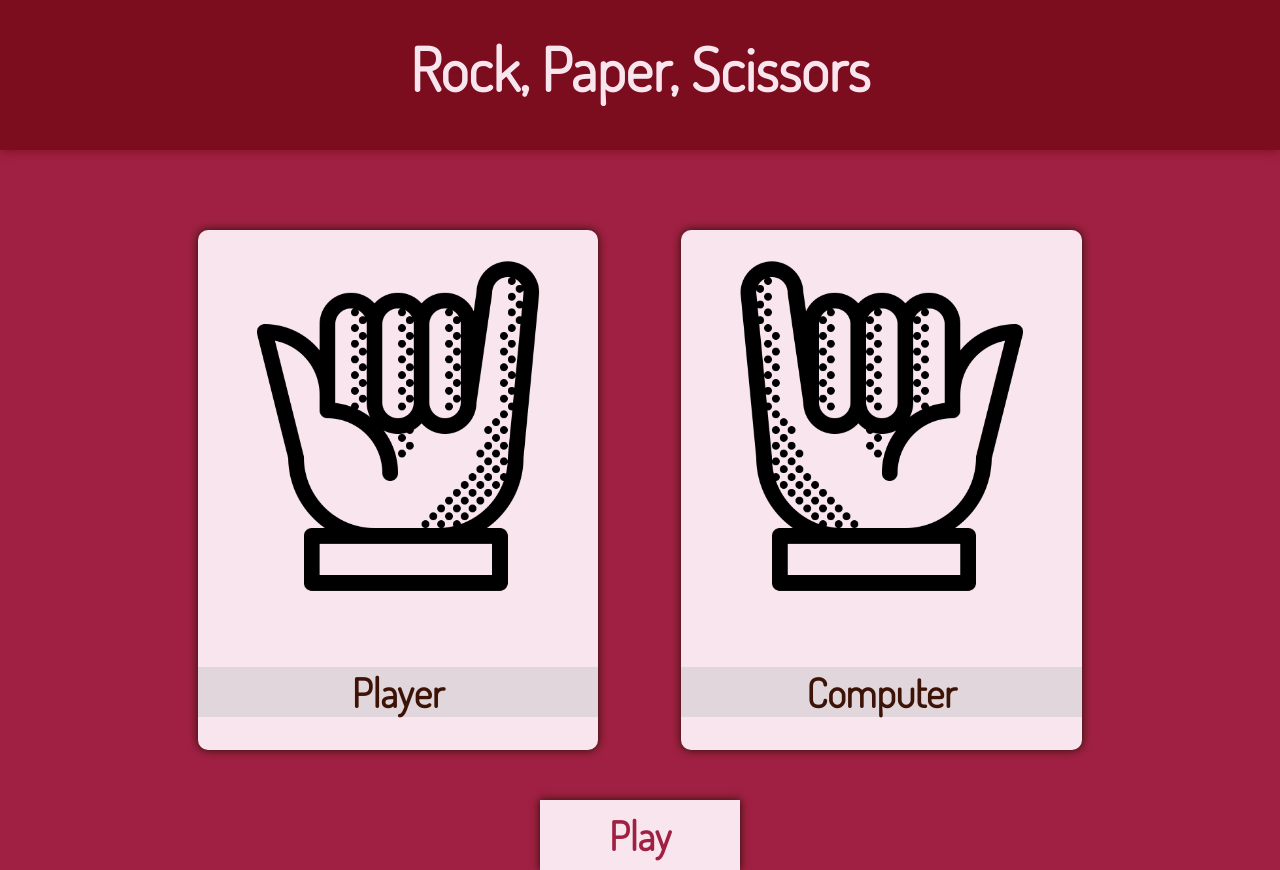
Repository: shayanabedi98/rock-paper-scissors
Page: index.html
The author's editor kept a copy of each file at every save. The page is drawn from the files as they stood at one save, then again after the next save.
The browser window is 1280 px wide. The pictures show the whole page.

Above is the page before, as saved 2023-07-13 19:57:46.

After the next save:
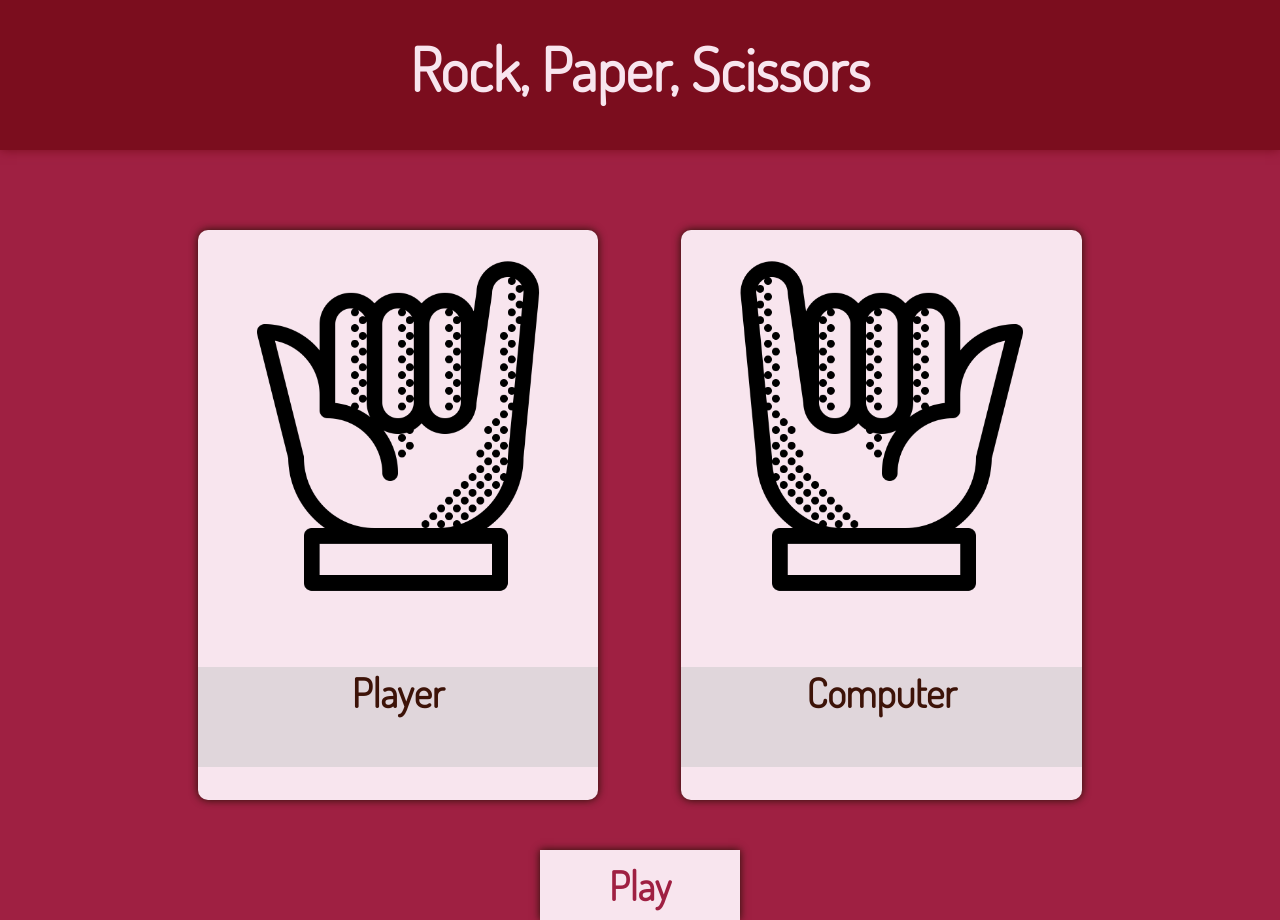
Saved 9 s later.
--- a/styles.css
+++ b/styles.css
@@ -42,7 +42,7 @@
     font-size: 40px;
     color: #3D1308;
     background-color: #e0d6db;
-    height: 100%;
+    height: 100px
 }
 
 .button-container {

After the save that followed:
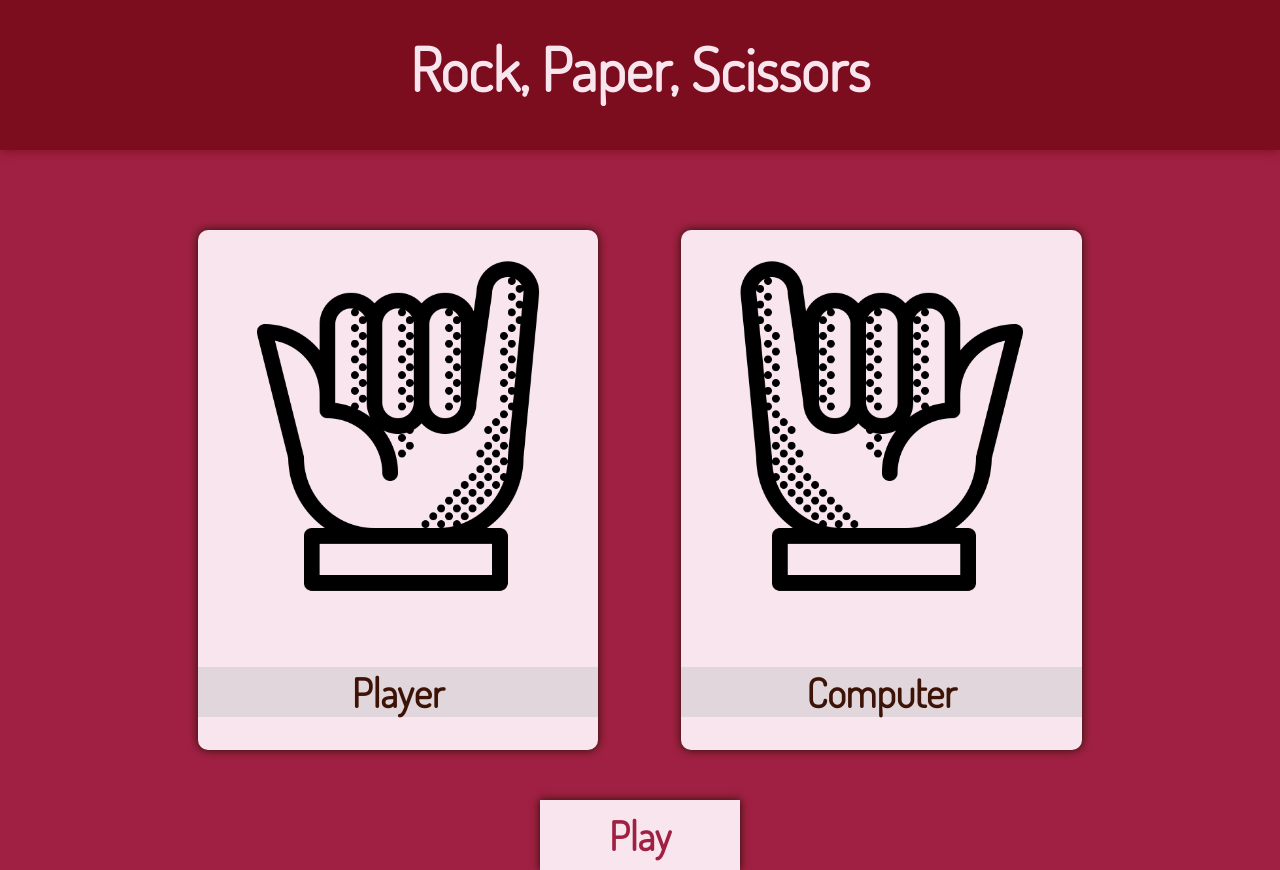
Saved 12 s later.
--- a/styles.css
+++ b/styles.css
@@ -42,7 +42,6 @@
     font-size: 40px;
     color: #3D1308;
     background-color: #e0d6db;
-    height: 100px
 }
 
 .button-container {
